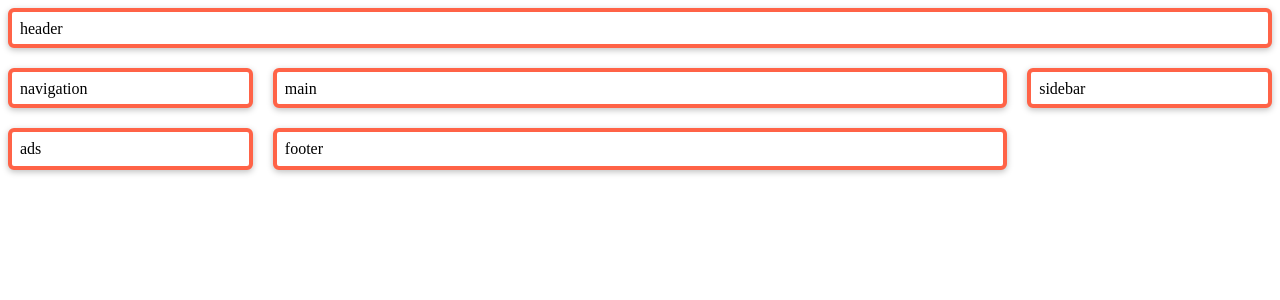
Repository: cokoduwa/css-layouts
Page: grid-exercises/03-page-layout/layout.html
These files come from the project's save history. The page is drawn as it stood at one moment and after the next save; the edit follows.
The browser window is 1280 px wide. The pictures show the whole page.

Above is the page before, as saved 2022-09-29 21:49:06.

After the next save:
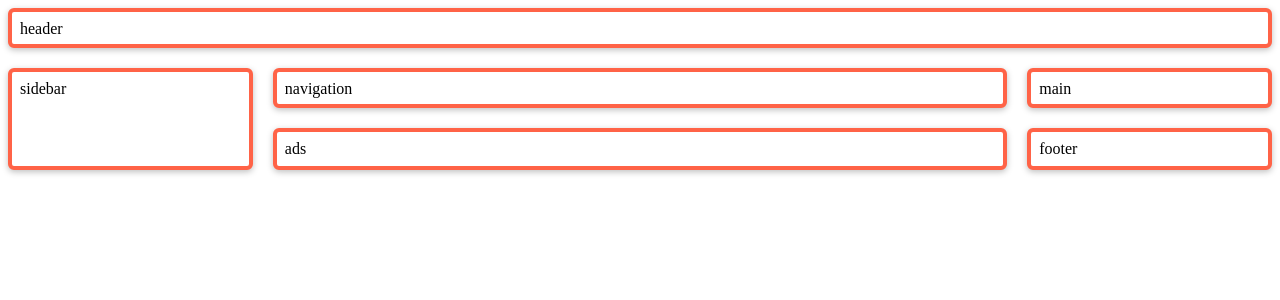
Saved 53 s later.
--- a/grid-exercises/03-page-layout/style.css
+++ b/grid-exercises/03-page-layout/style.css
@@ -19,3 +19,9 @@
   grid-column-end: 4;
   grid-row-start: 1;
 }
+
+.sidebar {
+  grid-column-start: 1;
+  grid-row-start: 2;
+  grid-row-end: 4;
+}
